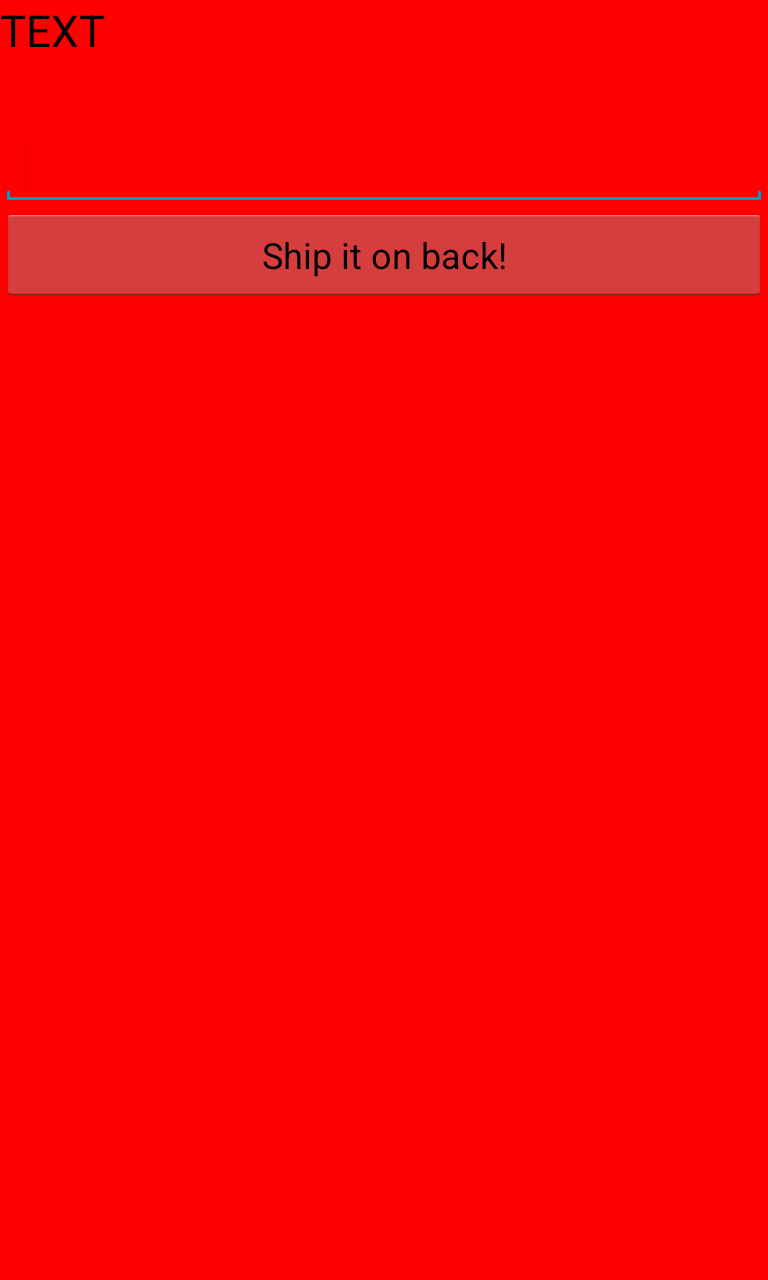
Repository: fsoDannis/FSO_JAVAII
Layout: JavaII_Week1/res/layout/activity_subscreen.xml
These files come from the project's save history. The layout is drawn as it stood at one moment and after the next save; the edit follows.
It is drawn on a 768 x 1280 px phone screen (xhdpi) without system bars, with theme AppTheme; the app's code is not run.

Above is the layout before, as saved 2013-05-10 00:47:39.

After the next save:
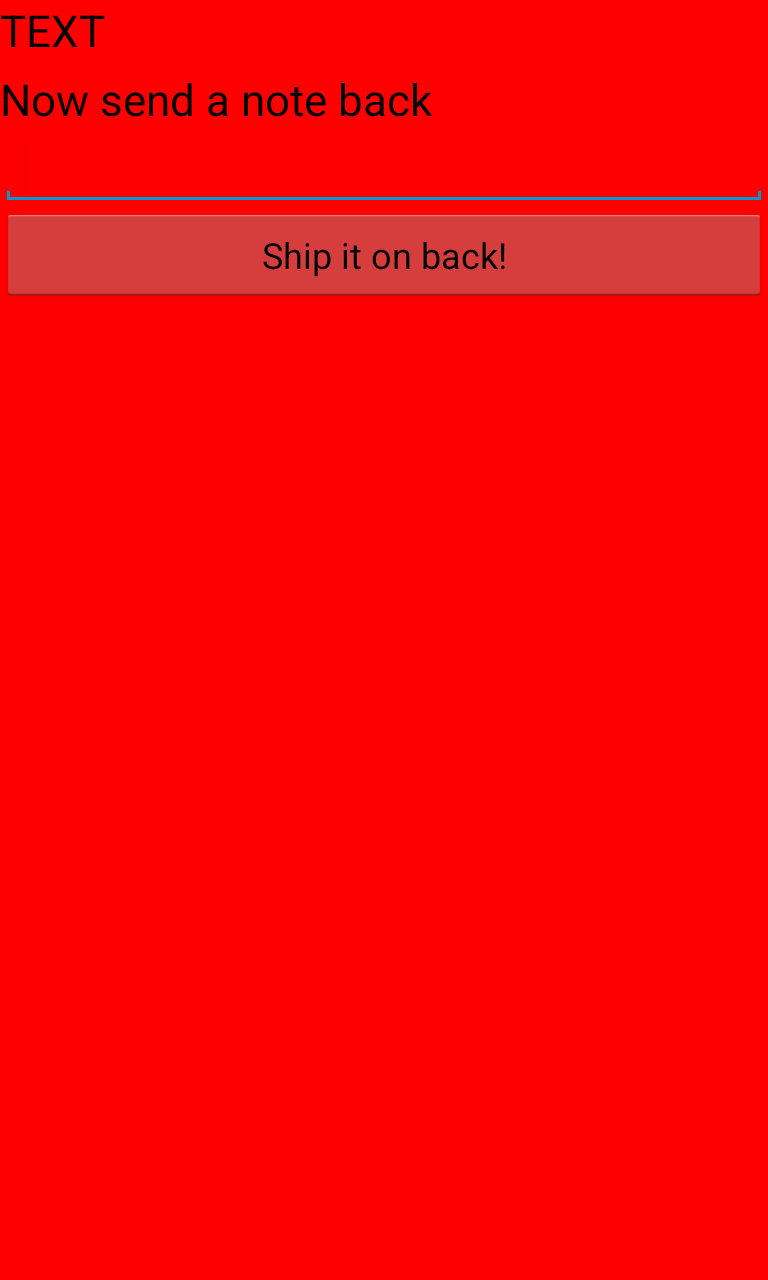
Saved 7 s later.
--- a/JavaII_Week1/res/layout/activity_subscreen.xml
+++ b/JavaII_Week1/res/layout/activity_subscreen.xml
@@ -9,6 +9,7 @@
         android:layout_width="match_parent"
         android:layout_height="wrap_content"
         android:textAppearance="?android:attr/textAppearanceLarge"
+        android:textColor="#000000"
         android:layout_marginBottom="10px"
         android:text="TEXT"/>
     <TextView
@@ -16,7 +17,7 @@
         android:layout_width="match_parent"
         android:layout_height="wrap_content"
         android:textAppearance="?android:attr/textAppearanceLarge"
-        android:textColor="#ff0000"
+        android:textColor="#000000"
         android:text="Now send a note back"/>
     <EditText
         android:id="@+id/editText2"
@@ -29,5 +30,6 @@
         android:id="@+id/button2"
         android:layout_width="match_parent"
         android:layout_height="wrap_content"
-        android:text="Ship it on back!" />
+        android:text="Ship it on back!"
+        android:textColor="#000000"/>
 </LinearLayout>
